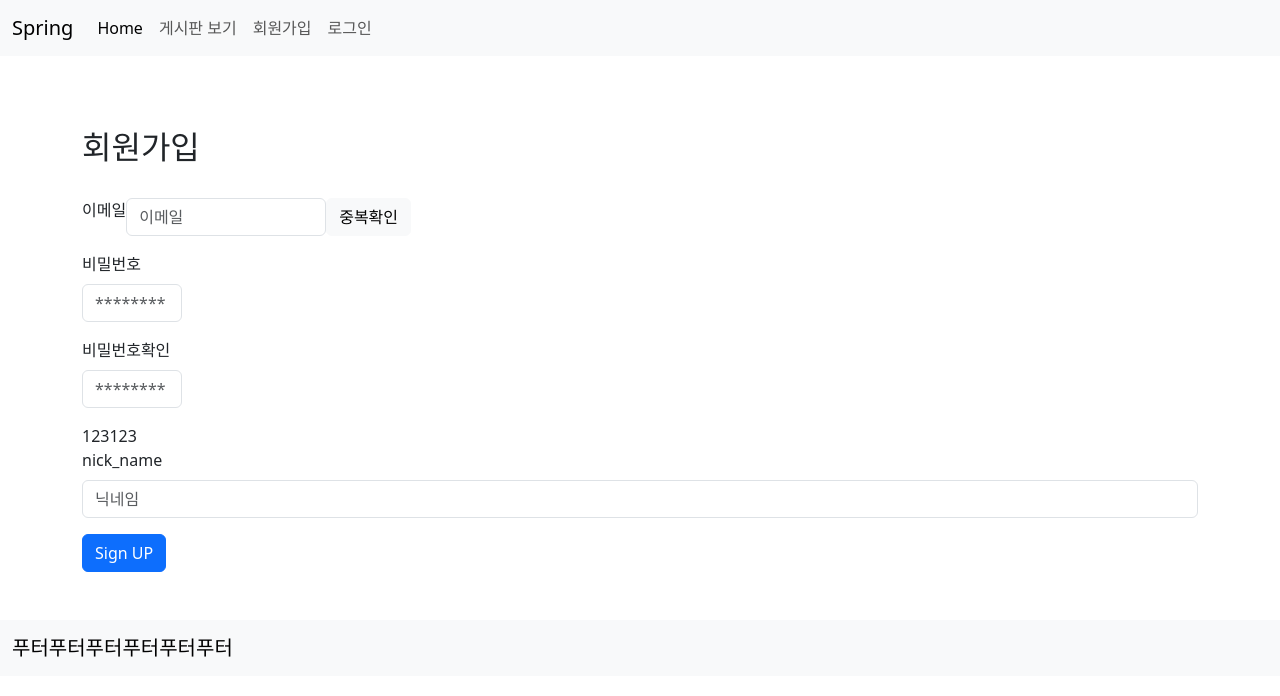
Repository: Jensuchan/spring_solo_project
Page: http://localhost/spring_test/WEB-INF/views/member/register.jsp
An editor plug-in stored every save of this project. The page is shown before and after the next save, followed by the edit.
The browser window is 1280 px wide. The pictures show the whole page.
The page is served by Tomcat 9. Nobody is signed in. The template is opened directly, without the code that normally fills it, so the values that code supplies are empty.

Above is the page before, as saved 2024-01-18 03:02:21.
Console error: TypeError: Cannot read properties of null (reading 'addEventListener')

After the next save:
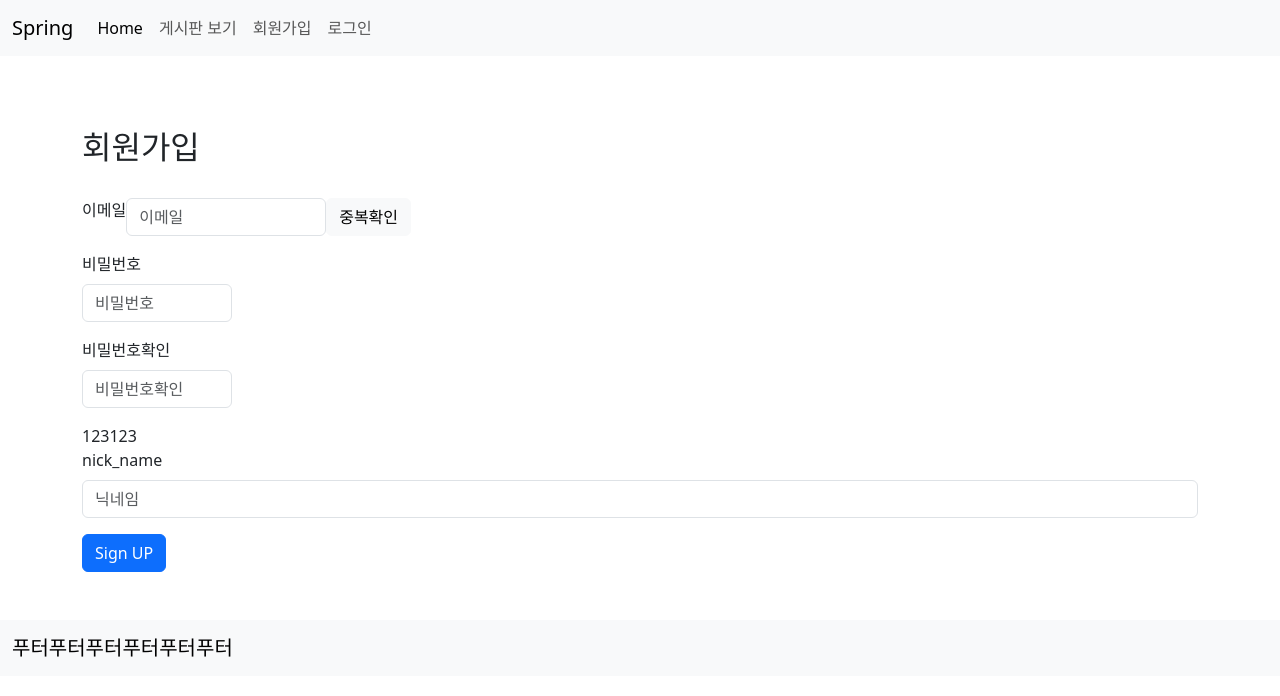
Saved 18 s later.
--- a/spring_test/src/main/webapp/WEB-INF/views/member/register.jsp
+++ b/spring_test/src/main/webapp/WEB-INF/views/member/register.jsp
@@ -18,11 +18,11 @@
 		</div>
 		<div class="mb-3">
 			<label for="pwd" class="form-label">비밀번호</label>
-			<input type="password" name="pwd" class="form-control" id="pwd" placeholder="********" style="width: 100px">
+			<input type="password" name="pwd" class="form-control" id="pwd" placeholder="비밀번호" style="width: 150px">
 		</div>
 		<div class="mb-3">
 			<label for="pwd" class="form-label">비밀번호확인</label>
-			<input type="password" name="pwdConfirm" class="form-control" id="pwdConfirm" placeholder="********" style="width: 100px">
+			<input type="password" name="pwdConfirm" class="form-control" id="pwdConfirm" placeholder="비밀번호확인" style="width: 150px">
 		</div>
 		<span>123123</span>
 		<div class="mb-3">
